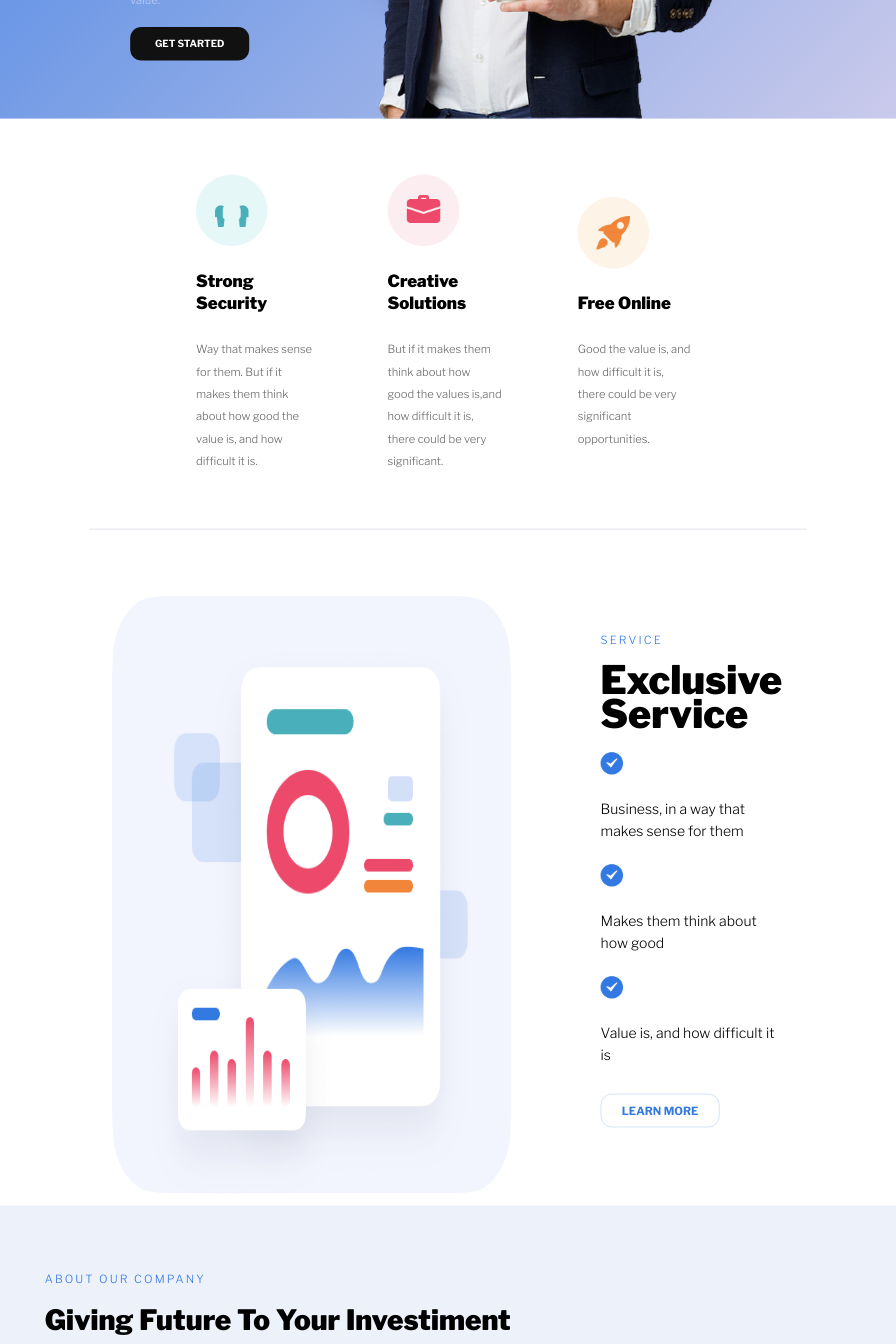
Repository: juniorAntunes910/Make-Money-Design-Avaliacao
Page: index.html
The author's editor kept a copy of each file at every save. The page is drawn from the files as they stood at one save, then again after the next save.
The browser window is 1280 px wide. The pictures show the part of the page from y = 858 to 2778 px (the page is 8618 px tall before and 8586 px after), at 70% of full size.

Above is the page before, as saved 2026-03-13 12:08:52.

After the next save:
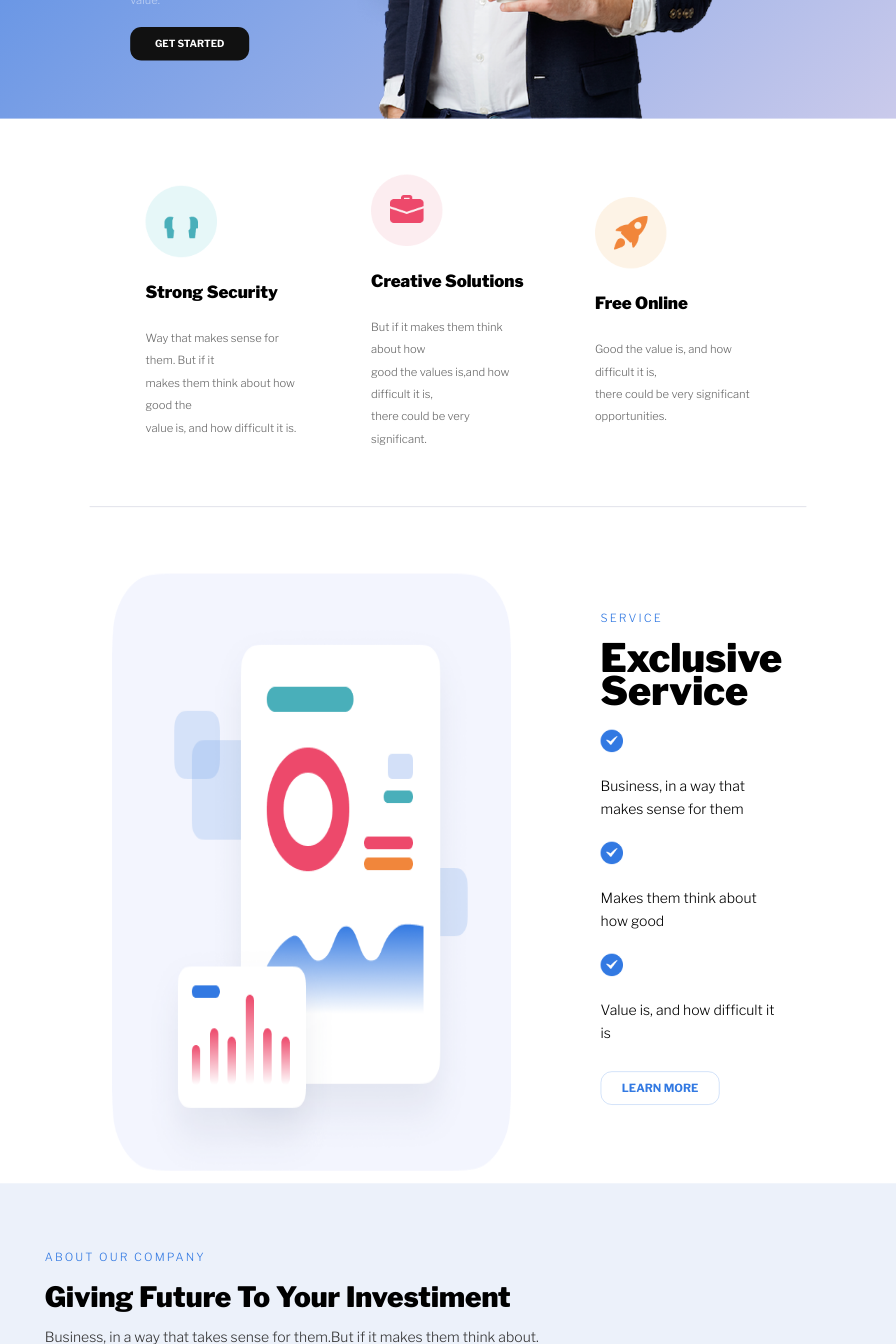
Saved 9 s later.
--- a/index.html
+++ b/index.html
@@ -76,7 +76,7 @@
             </section>
     </div>
 
-    <section id="main-content" class="container-desktop">
+    <section id="main-content" class="container">
 
         <div id="main-content-cards" class="container container-desktop"><!--Estou usando como um container/box de cards-->
 
